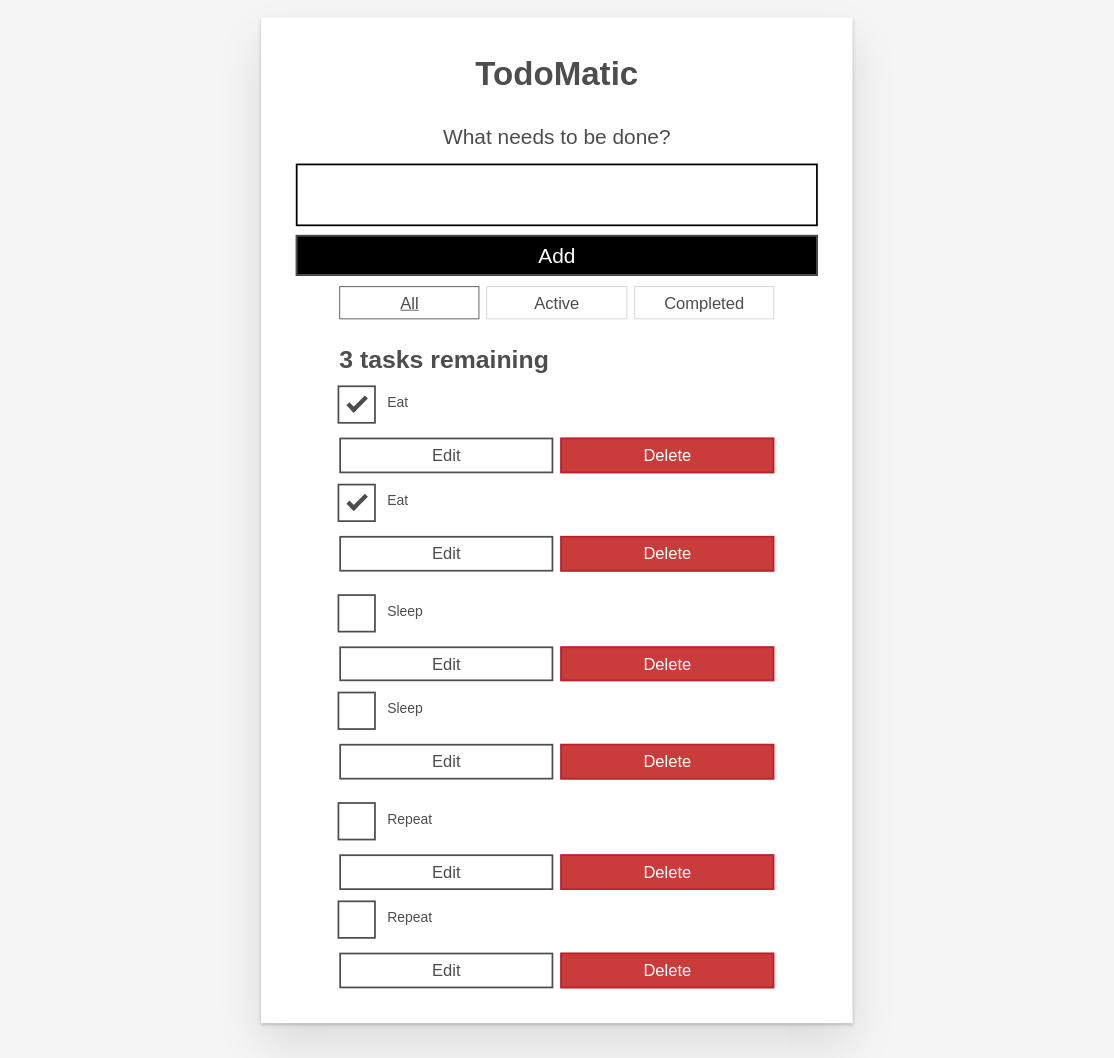
Repository: DevLaukey/todo
Page: /
These files come from the project's save history. The page is drawn as it stood at one moment and after the next save; the edit follows.
The browser window is 1280 px wide. The pictures show the whole page, at 87% of full size.
The project was rebuilt for these pictures with package versions that can differ from the ones it lists, and the page was loaded fresh each time.

Above is the page before, as saved 2022-06-06 15:34:59.

After the next save:
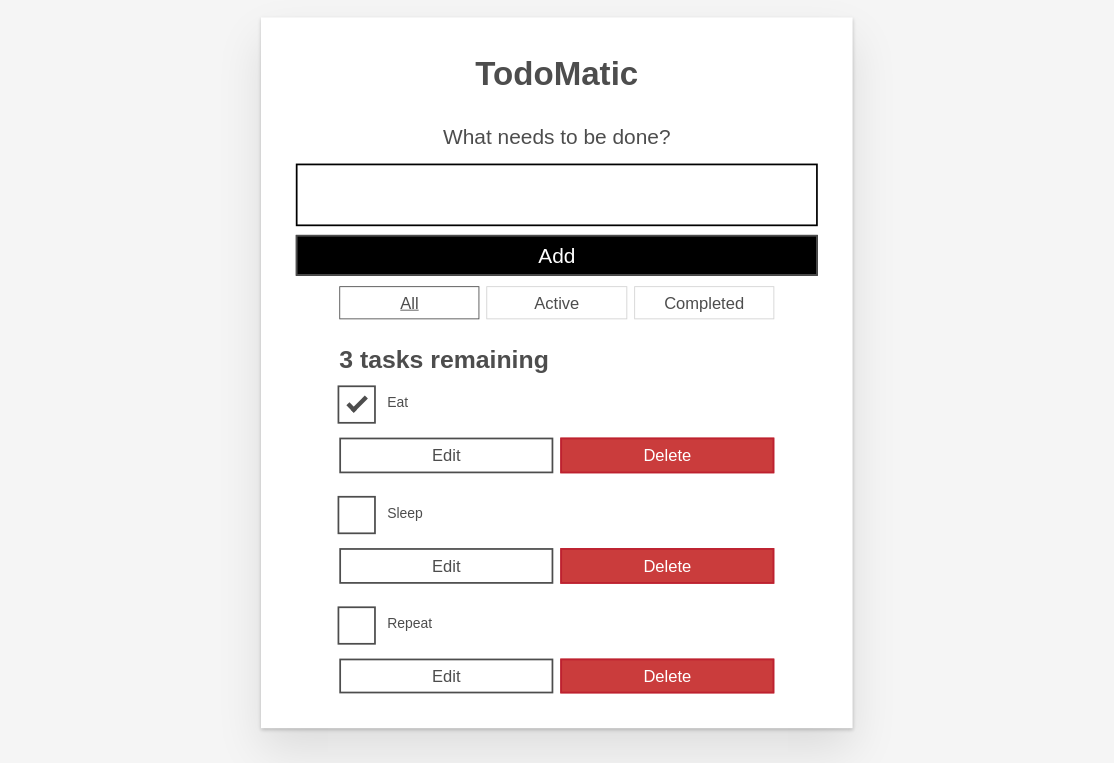
Saved 55 s later.
--- a/src/components/Todo.js
+++ b/src/components/Todo.js
@@ -1,23 +1,37 @@
-import React, { useState } from "react";
+import React from "react";
+import { useState } from "react";
 
-function Todo(props) {
+function Todo({
+  name,
+  completed,
+  id,
+  toggleTaskCompleted,
+  deleteTask,
+  editTask,
+  ...rest
+}) {
   const [isEditing, setEditing] = useState(false);
   const [newName, setNewName] = useState("");
-  const handleChange = (e) => {};
+
+  function handleChange(e) {
+    setNewName(e.target.value);
+  }
+
   function handleSubmit(e) {
     e.preventDefault();
-    props.editTask(props.id, newName);
+    editTask(id, newName);
     setNewName("");
     setEditing(false);
   }
+
   const editingTemplate = (
     <form className="stack-small" onSubmit={handleSubmit}>
       <div className="form-group">
-        <label className="todo-label" htmlFor={props.id}>
-          New name for {props.name}
+        <label className="todo-label" htmlFor={id}>
+          New name for {name}
         </label>
         <input
-          id={props.id}
+          id={id}
           className="todo-text"
           type="text"
           value={newName}
@@ -31,11 +45,11 @@ function Todo(props) {
           onClick={() => setEditing(false)}
         >
           Cancel
-          <span className="visually-hidden">renaming {props.name}</span>
+          <span className="visually-hidden">renaming {name}</span>
         </button>
         <button type="submit" className="btn btn__primary todo-edit">
           Save
-          <span className="visually-hidden">new name for {props.name}</span>
+          <span className="visually-hidden">new name for {name}</span>
         </button>
       </div>
     </form>
@@ -44,58 +58,31 @@ function Todo(props) {
     <div className="stack-small">
       <div className="c-cb">
         <input
-          id={props.id}
+          id={id}
           type="checkbox"
-          defaultChecked={props.completed}
-          onChange={() => props.toggleTaskCompleted(props.id)}
+          defaultChecked={completed}
+          onChange={() => toggleTaskCompleted(id)}
         />
-        <label className="todo-label" htmlFor={props.id}>
-          {props.name}
+        <label className="todo-label" htmlFor={id}>
+          {name}
         </label>
       </div>
       <div className="btn-group">
         <button type="button" className="btn" onClick={() => setEditing(true)}>
-          Edit <span className="visually-hidden">{props.name}</span>
+          Edit <span className="visually-hidden">{name}</span>
         </button>
         <button
           type="button"
           className="btn btn__danger"
-          onClick={() => props.deleteTask(props.id)}
+          onClick={() => deleteTask(id)}
         >
-          Delete <span className="visually-hidden">{props.name}</span>
+          Delete <span className="visually-hidden">{name}</span>
         </button>
       </div>
     </div>
   );
-  return (
-    <li className="todo stack-small">
-      {isEditing ? editingTemplate : viewTemplate}
-      <div className="c-cb">
-        <input
-          id={props.id}
-          type="checkbox"
-          defaultChecked={props.completed}
-          onChange={() => props.toggleTaskCompleted(props.id)}
-        />
 
-        <label className="todo-label" htmlFor="todo-0">
-          {props.name}
-        </label>
-      </div>
-      <div className="btn-group">
-        <button type="button" className="btn">
-          Edit <span className="visually-hidden">{props.name}</span>
-        </button>
-        <button
-          type="button"
-          className="btn btn__danger"
-          onClick={() => props.deleteTask(props.id)}
-        >
-          Delete <span className="visually-hidden">{props.name}</span>
-        </button>
-      </div>
-    </li>
-  );
+  return <li className="todo">{isEditing ? editingTemplate : viewTemplate}</li>;
 }
 
 export default Todo;
